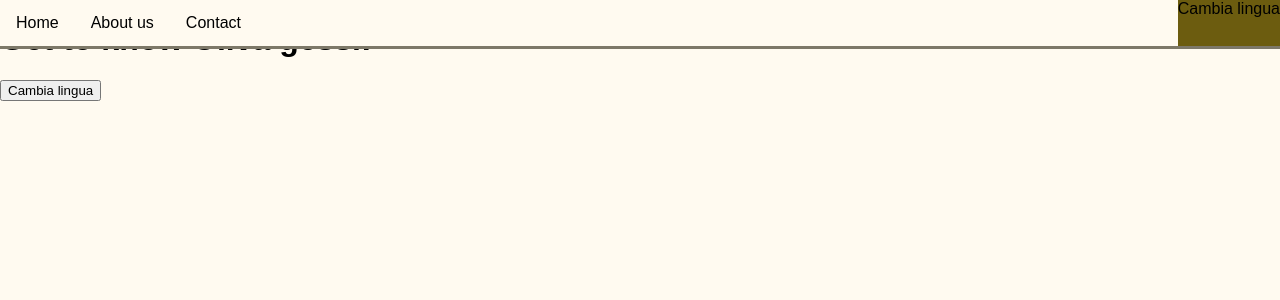
Repository: Seaside-Jokers/Oliva-gessi
Page: index.html
An editor plug-in stored every save of this project. The page is shown before and after a run of saves, followed by the edit.
The browser window is 1280 px wide. The pictures show the whole page.

Above is the page before, as saved 2026-02-16 19:23:45.

### index.html
<!DOCTYPE html>
<html lang="it">
<head>
    <meta charset="UTF-8">
    <title>Oliva gessi</title>
    <link rel="stylesheet" href="src/style.css">
</head>
<body style="">
    <nav class="navbar">
        <a class="nav-button" href="#" data-key="home">Home</a>
        <a class="nav-button" href="#" data-key="about">Chi siamo</a>
        <a class="nav-button" href="#" data-key="contact">Contatti</a>
        <a onclick="changeState()" data-key="change-language" class="change-language">
            Cambia lingua</a>
    </nav>

    <h1 data-key="titolo">Vieni a conoscere Oliva Gessi!</h1>
    <button onclick="changeState()" type="button">Cambia lingua</button>

    <!-- - - - - - - - - - - - - - - - - - - - - - - - - - - - - - - - - - - - -->
    <!--                              DO NOT TOUCH                             -->
    <!-- - - - - - - - - - - - - - - - - - - - - - - - - - - - - - - - - - - - -->
    <script src="src/database_testo.js"></script>
    <script src="src/color_scheme.js"></script>
</body>

<!-- TODO: leggi questo commento e poi eliminalo per favore: quando vuoi aggiungere un nuovo testo modificalo in src/database_testo.js -->
</html>

### src/style.css
body {
    font-family: 'Montserrat', sans-serif;
    margin: 0;
    padding: 0;
    background-color: var(--colors-background);
}
.navbar {
    display: flex;
    overflow: hidden;
    background-color: var(--colors-surface);
    outline: 3px solid var(--colors-outline);
    position: fixed;
    top: 0;
    width: 100%;
}

.change-language {
    background-color: var(--colors-primary);
    color: var(--colors-onPrimary);
    border: none;
    padding: 0px, 20px;
    cursor: pointer;
    font-size: 16px;
    margin-left: auto;
}

a.nav-button {
    color: var(--colors-onSurface);
    text-decoration: none;
    padding: 14px 16px;
    display: block;
}

/*
    Fonts: https://ctrl-z.it/9-font-architettura-tavole-portfolio https://material-f/
    Design: foundation.github.io/material-theme-builder/
    Fonts: Playfair Display (titoli), Montserrat (testo normale)
*/

### src/database_testo.js
const traduzioni = {
    "it": {
        titolo: "Vieni a conoscere Oliva gessi!",
        home: "Home",
        about: "Chi siamo",
        contact: "Contatti"
    },
    "en": {
        titolo: "Get to know Oliva gessi!",
        home: "Home",
        about: "About us",
        contact: "Contact"
    }
}



/* -------------------------------------------------------------------------- */
/*                                DO NOT TOUCH                                */
/* -------------------------------------------------------------------------- */
var state =  getDefaultLang();

function aggiornaInterfaccia() {
    const elementi = document.querySelectorAll('[data-key]');

    elementi.forEach(el => {
        const chiave = el.getAttribute('data-key');
        const testoTradotto = traduzioni[state][chiave];

        if (testoTradotto) {
            el.textContent = testoTradotto;
        }
    });
}

/* -------------------------------------------------------------------------- */
/*                            Cambiamenti di stato                            */
/* -------------------------------------------------------------------------- */
function getDefaultLang() {
    if(navigator.language.substring(0, 2) === "en")
        return "en";

    return "it";
}
function defaultState() {
    state = getDefaultLang();
    aggiornaInterfaccia();
    return true;
}
function changeStateTo(_state) {
    if(_state !== "it" && _state !== "en") {
        defaultState();
        return;
    }
    state = _state;
    aggiornaInterfaccia();
}
function changeState() {
    if(state === "it")
        changeStateTo("en");
    else
        changeStateTo("it");
}

document.addEventListener("DOMContentLoaded", aggiornaInterfaccia);

### src/color_scheme.js
const ThemeManager = (() => {
    const colorScheme = {
        "light": {
            "primary": "hsl(50, 76%, 24%)",
            "surfaceTint": "hsl(50, 76%, 24%)",
            "onPrimary": "hsl(0, 0%, 100%)",
            "primaryContainer": "hsl(48, 89%, 75%)",
            "onPrimaryContainer": "hsl(51, 100%, 16%)",
            "secondary": "hsl(47, 23%, 33%)",
            "onSecondary": "hsl(0, 0%, 100%)",
            "secondaryContainer": "hsl(46, 60%, 84%)",
            "onSecondaryContainer": "hsl(48, 30%, 24%)",
            "tertiary": "hsl(139, 21%, 33%)",
            "onTertiary": "hsl(0, 0%, 100%)",
            "tertiaryContainer": "hsl(134, 51%, 85%)",
            "onTertiaryContainer": "hsl(141, 28%, 24%)",
            "error": "hsl(0, 75%, 42%)",
            "onError": "hsl(0, 0%, 100%)",
            "errorContainer": "hsl(6, 100%, 92%)",
            "onErrorContainer": "hsl(356, 100%, 29%)",
            "background": "hsl(39, 100%, 97%)",
            "onBackground": "hsl(44, 22%, 10%)",
            "surface": "hsl(39, 100%, 97%)",
            "onSurface": "hsl(44, 22%, 10%)",
            "surfaceVariant": "hsl(42, 38%, 87%)",
            "onSurfaceVariant": "hsl(47, 14%, 26%)",
            "outline": "hsl(46, 9%, 45%)",
            "outlineVariant": "hsl(43, 20%, 75%)",
            "shadow": "hsl(0, 0%, 0%)",
            "scrim": "hsl(0, 0%, 0%)",
            "inverseSurface": "hsl(45, 13%, 18%)",
            "inverseOnSurface": "hsl(40, 57%, 93%)",
            "inversePrimary": "hsl(48, 60%, 65%)",
            "primaryFixed": "hsl(48, 89%, 75%)",
            "onPrimaryFixed": "hsl(48, 100%, 7%)",
            "primaryFixedDim": "hsl(48, 60%, 65%)",
            "onPrimaryFixedVariant": "hsl(51, 100%, 16%)",
            "secondaryFixed": "hsl(46, 60%, 84%)",
            "onSecondaryFixed": "hsl(48, 78%, 7%)",
            "secondaryFixedDim": "hsl(46, 34%, 73%)",
            "onSecondaryFixedVariant": "hsl(48, 30%, 24%)",
            "tertiaryFixed": "hsl(134, 51%, 85%)",
            "onTertiaryFixed": "hsl(147, 100%, 6%)",
            "tertiaryFixedDim": "hsl(135, 29%, 74%)",
            "onTertiaryFixedVariant": "hsl(141, 28%, 24%)",
            "surfaceDim": "hsl(39, 24%, 84%)",
            "surfaceBright": "hsl(39, 100%, 97%)",
            "surfaceContainerLowest": "hsl(0, 0%, 100%)",
            "surfaceContainerLow": "hsl(40, 68%, 94%)",
            "surfaceContainer": "hsl(40, 49%, 92%)",
            "surfaceContainerHigh": "hsl(42, 37%, 89%)",
            "surfaceContainerHighest": "hsl(42, 30%, 87%)"
        },
        "light-medium-contrast": {
            "primary": "hsl(51, 100%, 13%)",
            "surfaceTint": "hsl(50, 76%, 24%)",
            "onPrimary": "hsl(0, 0%, 100%)",
            "primaryContainer": "hsl(49, 61%, 30%)",
            "onPrimaryContainer": "hsl(0, 0%, 100%)",
            "secondary": "hsl(49, 38%, 17%)",
            "onSecondary": "hsl(0, 0%, 100%)",
            "secondaryContainer": "hsl(48, 20%, 38%)",
            "onSecondaryContainer": "hsl(0, 0%, 100%)",
            "tertiary": "hsl(143, 39%, 17%)",
            "onTertiary": "hsl(0, 0%, 100%)",
            "tertiaryContainer": "hsl(139, 18%, 39%)",
            "onTertiaryContainer": "hsl(0, 0%, 100%)",
            "error": "hsl(357, 100%, 23%)",
            "onError": "hsl(0, 0%, 100%)",
            "errorContainer": "hsl(2, 68%, 48%)",
            "onErrorContainer": "hsl(0, 0%, 100%)",
            "background": "hsl(39, 100%, 97%)",
            "onBackground": "hsl(44, 22%, 10%)",
            "surface": "hsl(39, 100%, 97%)",
            "onSurface": "hsl(48, 36%, 5%)",
            "surfaceVariant": "hsl(42, 38%, 87%)",
            "onSurfaceVariant": "hsl(46, 17%, 19%)",
            "outline": "hsl(44, 12%, 30%)",
            "outlineVariant": "hsl(45, 10%, 41%)",
            "shadow": "hsl(0, 0%, 0%)",
            "scrim": "hsl(0, 0%, 0%)",
            "inverseSurface": "hsl(45, 13%, 18%)",
            "inverseOnSurface": "hsl(40, 57%, 93%)",
            "inversePrimary": "hsl(48, 60%, 65%)",
            "primaryFixed": "hsl(49, 61%, 30%)",
            "onPrimaryFixed": "hsl(0, 0%, 100%)",
            "primaryFixedDim": "hsl(51, 94%, 20%)",
            "onPrimaryFixedVariant": "hsl(0, 0%, 100%)",
            "secondaryFixed": "hsl(48, 20%, 38%)",
            "onSecondaryFixed": "hsl(0, 0%, 100%)",
            "secondaryFixedDim": "hsl(49, 25%, 29%)",
            "onSecondaryFixedVariant": "hsl(0, 0%, 100%)",
            "tertiaryFixed": "hsl(139, 18%, 39%)",
            "onTertiaryFixed": "hsl(0, 0%, 100%)",
            "tertiaryFixedDim": "hsl(139, 23%, 29%)",
            "onTertiaryFixedVariant": "hsl(0, 0%, 100%)",
            "surfaceDim": "hsl(41, 16%, 76%)",
            "surfaceBright": "hsl(39, 100%, 97%)",
            "surfaceContainerLowest": "hsl(0, 0%, 100%)",
            "surfaceContainerLow": "hsl(40, 68%, 94%)",
            "surfaceContainer": "hsl(42, 37%, 89%)",
            "surfaceContainerHigh": "hsl(39, 26%, 85%)",
            "surfaceContainerHighest": "hsl(41, 19%, 81%)"
        },
        "light-high-contrast": {
            "primary": "hsl(50, 100%, 10%)",
            "surfaceTint": "hsl(50, 76%, 24%)",
            "onPrimary": "hsl(0, 0%, 100%)",
            "primaryContainer": "hsl(50, 100%, 17%)",
            "onPrimaryContainer": "hsl(0, 0%, 100%)",
            "secondary": "hsl(49, 47%, 13%)",
            "onSecondary": "hsl(0, 0%, 100%)",
            "secondaryContainer": "hsl(48, 28%, 25%)",
            "onSecondaryContainer": "hsl(0, 0%, 100%)",
            "tertiary": "hsl(146, 52%, 13%)",
            "onTertiary": "hsl(0, 0%, 100%)",
            "tertiaryContainer": "hsl(141, 27%, 25%)",
            "onTertiaryContainer": "hsl(0, 0%, 100%)",
            "error": "hsl(357, 100%, 19%)",
            "onError": "hsl(0, 0%, 100%)",
            "errorContainer": "hsl(356, 100%, 30%)",
            "onErrorContainer": "hsl(0, 0%, 100%)",
            "background": "hsl(39, 100%, 97%)",
            "onBackground": "hsl(44, 22%, 10%)",
            "surface": "hsl(39, 100%, 97%)",
            "onSurface": "hsl(0, 0%, 0%)",
            "surfaceVariant": "hsl(42, 38%, 87%)",
            "onSurfaceVariant": "hsl(0, 0%, 0%)",
            "outline": "hsl(48, 19%, 15%)",
            "outlineVariant": "hsl(47, 13%, 27%)",
            "shadow": "hsl(0, 0%, 0%)",
            "scrim": "hsl(0, 0%, 0%)",
            "inverseSurface": "hsl(45, 13%, 18%)",
            "inverseOnSurface": "hsl(0, 0%, 100%)",
            "inversePrimary": "hsl(48, 60%, 65%)",
            "primaryFixed": "hsl(50, 100%, 17%)",
            "onPrimaryFixed": "hsl(0, 0%, 100%)",
            "primaryFixedDim": "hsl(50, 100%, 12%)",
            "onPrimaryFixedVariant": "hsl(0, 0%, 100%)",
            "secondaryFixed": "hsl(48, 28%, 25%)",
            "onSecondaryFixed": "hsl(0, 0%, 100%)",
            "secondaryFixedDim": "hsl(49, 41%, 16%)",
            "onSecondaryFixedVariant": "hsl(0, 0%, 100%)",
            "tertiaryFixed": "hsl(141, 27%, 25%)",
            "onTertiaryFixed": "hsl(0, 0%, 100%)",
            "tertiaryFixedDim": "hsl(145, 43%, 16%)",
            "onTertiaryFixedVariant": "hsl(0, 0%, 100%)",
            "surfaceDim": "hsl(41, 13%, 71%)",
            "surfaceBright": "hsl(39, 100%, 97%)",
            "surfaceContainerLowest": "hsl(0, 0%, 100%)",
            "surfaceContainerLow": "hsl(40, 57%, 93%)",
            "surfaceContainer": "hsl(42, 30%, 87%)",
            "surfaceContainerHigh": "hsl(42, 21%, 82%)",
            "surfaceContainerHighest": "hsl(41, 16%, 76%)"
        },
        "dark": {
            "primary": "hsl(48, 60%, 65%)",
            "surfaceTint": "hsl(48, 60%, 65%)",
            "onPrimary": "hsl(50, 100%, 11%)",
            "primaryContainer": "hsl(51, 100%, 16%)",
            "onPrimaryContainer": "hsl(48, 89%, 75%)",
            "secondary": "hsl(46, 34%, 73%)",
            "onSecondary": "hsl(49, 42%, 15%)",
            "secondaryContainer": "hsl(48, 30%, 24%)",
            "onSecondaryContainer": "hsl(46, 60%, 84%)",
            "tertiary": "hsl(135, 29%, 74%)",
            "onTertiary": "hsl(146, 47%, 15%)",
            "tertiaryContainer": "hsl(141, 28%, 24%)",
            "onTertiaryContainer": "hsl(134, 51%, 85%)",
            "error": "hsl(6, 100%, 84%)",
            "onError": "hsl(357, 100%, 21%)",
            "errorContainer": "hsl(356, 100%, 29%)",
            "onErrorContainer": "hsl(6, 100%, 92%)",
            "background": "hsl(48, 31%, 6%)",
            "onBackground": "hsl(42, 30%, 87%)",
            "surface": "hsl(48, 31%, 6%)",
            "onSurface": "hsl(42, 30%, 87%)",
            "surfaceVariant": "hsl(47, 14%, 26%)",
            "onSurfaceVariant": "hsl(43, 20%, 75%)",
            "outline": "hsl(44, 9%, 55%)",
            "outlineVariant": "hsl(47, 14%, 26%)",
            "shadow": "hsl(0, 0%, 0%)",
            "scrim": "hsl(0, 0%, 0%)",
            "inverseSurface": "hsl(42, 30%, 87%)",
            "inverseOnSurface": "hsl(45, 13%, 18%)",
            "inversePrimary": "hsl(50, 76%, 24%)",
            "primaryFixed": "hsl(48, 89%, 75%)",
            "onPrimaryFixed": "hsl(48, 100%, 7%)",
            "primaryFixedDim": "hsl(48, 60%, 65%)",
            "onPrimaryFixedVariant": "hsl(51, 100%, 16%)",
            "secondaryFixed": "hsl(46, 60%, 84%)",
            "onSecondaryFixed": "hsl(48, 78%, 7%)",
            "secondaryFixedDim": "hsl(46, 34%, 73%)",
            "onSecondaryFixedVariant": "hsl(48, 30%, 24%)",
            "tertiaryFixed": "hsl(134, 51%, 85%)",
            "onTertiaryFixed": "hsl(147, 100%, 6%)",
            "tertiaryFixedDim": "hsl(135, 29%, 74%)",
            "onTertiaryFixedVariant": "hsl(141, 28%, 24%)",
            "surfaceDim": "hsl(48, 31%, 6%)",
            "surfaceBright": "hsl(45, 11%, 21%)",
            "surfaceContainerLowest": "hsl(47, 39%, 5%)",
            "surfaceContainerLow": "hsl(44, 22%, 10%)",
            "surfaceContainer": "hsl(49, 19%, 11%)",
            "surfaceContainerHigh": "hsl(45, 15%, 15%)",
            "surfaceContainerHighest": "hsl(46, 13%, 19%)"
        },
        "dark-medium-contrast": {
            "primary": "hsl(48, 81%, 73%)",
            "surfaceTint": "hsl(48, 60%, 65%)",
            "onPrimary": "hsl(49, 100%, 9%)",
            "primaryContainer": "hsl(49, 44%, 44%)",
            "onPrimaryContainer": "hsl(0, 0%, 0%)",
            "secondary": "hsl(46, 52%, 81%)",
            "onSecondary": "hsl(48, 56%, 11%)",
            "secondaryContainer": "hsl(47, 18%, 52%)",
            "onSecondaryContainer": "hsl(0, 0%, 0%)",
            "tertiary": "hsl(134, 44%, 83%)",
            "onTertiary": "hsl(147, 69%, 10%)",
            "tertiaryContainer": "hsl(137, 15%, 53%)",
            "onTertiaryContainer": "hsl(0, 0%, 0%)",
            "error": "hsl(7, 100%, 90%)",
            "onError": "hsl(358, 100%, 16%)",
            "errorContainer": "hsl(4, 100%, 64%)",
            "onErrorContainer": "hsl(0, 0%, 0%)",
            "background": "hsl(48, 31%, 6%)",
            "onBackground": "hsl(42, 30%, 87%)",
            "surface": "hsl(48, 31%, 6%)",
            "onSurface": "hsl(0, 0%, 100%)",
            "surfaceVariant": "hsl(47, 14%, 26%)",
            "onSurfaceVariant": "hsl(43, 31%, 84%)",
            "outline": "hsl(42, 14%, 67%)",
            "outlineVariant": "hsl(44, 9%, 55%)",
            "shadow": "hsl(0, 0%, 0%)",
            "scrim": "hsl(0, 0%, 0%)",
            "inverseSurface": "hsl(42, 30%, 87%)",
            "inverseOnSurface": "hsl(45, 15%, 15%)",
            "inversePrimary": "hsl(50, 100%, 17%)",
            "primaryFixed": "hsl(48, 89%, 75%)",
            "onPrimaryFixed": "hsl(46, 100%, 4%)",
            "primaryFixedDim": "hsl(48, 60%, 65%)",
            "onPrimaryFixedVariant": "hsl(51, 100%, 13%)",
            "secondaryFixed": "hsl(46, 60%, 84%)",
            "onSecondaryFixed": "hsl(46, 100%, 4%)",
            "secondaryFixedDim": "hsl(46, 34%, 73%)",
            "onSecondaryFixedVariant": "hsl(49, 38%, 17%)",
            "tertiaryFixed": "hsl(134, 51%, 85%)",
            "onTertiaryFixed": "hsl(143, 100%, 4%)",
            "tertiaryFixedDim": "hsl(135, 29%, 74%)",
            "onTertiaryFixedVariant": "hsl(143, 39%, 17%)",
            "surfaceDim": "hsl(48, 31%, 6%)",
            "surfaceBright": "hsl(43, 11%, 25%)",
            "surfaceContainerLowest": "hsl(40, 50%, 2%)",
            "surfaceContainerLow": "hsl(44, 21%, 10%)",
            "surfaceContainer": "hsl(49, 15%, 14%)",
            "surfaceContainerHigh": "hsl(45, 13%, 18%)",
            "surfaceContainerHighest": "hsl(42, 11%, 23%)"
        },
        "dark-high-contrast": {
            "primary": "hsl(47, 100%, 86%)",
            "surfaceTint": "hsl(48, 60%, 65%)",
            "onPrimary": "hsl(0, 0%, 0%)",
            "primaryContainer": "hsl(48, 57%, 63%)",
            "onPrimaryContainer": "hsl(44, 100%, 3%)",
            "secondary": "hsl(46, 89%, 89%)",
            "onSecondary": "hsl(0, 0%, 0%)",
            "secondaryContainer": "hsl(46, 32%, 71%)",
            "onSecondaryContainer": "hsl(44, 100%, 3%)",
            "tertiary": "hsl(134, 80%, 90%)",
            "onTertiary": "hsl(0, 0%, 0%)",
            "tertiaryContainer": "hsl(135, 28%, 72%)",
            "onTertiaryContainer": "hsl(140, 100%, 3%)",
            "error": "hsl(8, 100%, 96%)",
            "onError": "hsl(0, 0%, 0%)",
            "errorContainer": "hsl(7, 100%, 82%)",
            "onErrorContainer": "hsl(358, 100%, 7%)",
            "background": "hsl(48, 31%, 6%)",
            "onBackground": "hsl(42, 30%, 87%)",
            "surface": "hsl(48, 31%, 6%)",
            "onSurface": "hsl(0, 0%, 100%)",
            "surfaceVariant": "hsl(47, 14%, 26%)",
            "onSurfaceVariant": "hsl(0, 0%, 100%)",
            "outline": "hsl(42, 62%, 92%)",
            "outlineVariant": "hsl(42, 18%, 74%)",
            "shadow": "hsl(0, 0%, 0%)",
            "scrim": "hsl(0, 0%, 0%)",
            "inverseSurface": "hsl(42, 30%, 87%)",
            "inverseOnSurface": "hsl(0, 0%, 0%)",
            "inversePrimary": "hsl(50, 100%, 17%)",
            "primaryFixed": "hsl(48, 89%, 75%)",
            "onPrimaryFixed": "hsl(0, 0%, 0%)",
            "primaryFixedDim": "hsl(48, 60%, 65%)",
            "onPrimaryFixedVariant": "hsl(46, 100%, 4%)",
            "secondaryFixed": "hsl(46, 60%, 84%)",
            "onSecondaryFixed": "hsl(0, 0%, 0%)",
            "secondaryFixedDim": "hsl(46, 34%, 73%)",
            "onSecondaryFixedVariant": "hsl(46, 100%, 4%)",
            "tertiaryFixed": "hsl(134, 51%, 85%)",
            "onTertiaryFixed": "hsl(0, 0%, 0%)",
            "tertiaryFixedDim": "hsl(135, 29%, 74%)",
            "onTertiaryFixedVariant": "hsl(143, 100%, 4%)",
            "surfaceDim": "hsl(48, 31%, 6%)",
            "surfaceBright": "hsl(46, 8%, 30%)",
            "surfaceContainerLowest": "hsl(0, 0%, 0%)",
            "surfaceContainerLow": "hsl(49, 19%, 11%)",
            "surfaceContainer": "hsl(45, 13%, 18%)",
            "surfaceContainerHigh": "hsl(45, 11%, 22%)",
            "surfaceContainerHighest": "hsl(46, 10%, 26%)"
        }
    };

    let currentColorScheme = null;
    const STORAGE_KEY = 'user-color-scheme';
    const listeners = [];

    /**
     * Estrae il livello di contrasto dallo schema corrente
     * @param {string} scheme - Nome dello schema (es. 'dark-high-contrast')
     * @returns {string} Il livello di contrasto ('', 'medium-contrast', 'high-contrast')
     */
    function getContrastLevel(scheme) {
        if (scheme.includes('high-contrast')) return 'high-contrast';
        if (scheme.includes('medium-contrast')) return 'medium-contrast';
        return '';
    }

    /**
     * Ottiene lo schema colore preferito dal sistema operativo
     * @returns {string} 'dark' o 'light'
     */
    function getBrowserColorScheme() {
        if (window.matchMedia?.('(prefers-color-scheme: dark)').matches) {
            return 'dark';
        }
        return 'light';
    }

    /**
     * Aggiorna le variabili CSS con i colori dello schema corrente
     */
    function updateThemeColors() {
        const colors = colorScheme[currentColorScheme];
        if (!colors) {
            console.error(`Impossibile trovare i colori per lo schema: ${currentColorScheme}`);
            return;
        }

        const root = document.documentElement;

        // Applica ogni colore come variabile CSS
        for (const [key, value] of Object.entries(colors)) {
            const cssVarName = key.replace(/([A-Z])/g, '-$1').toLowerCase();
            root.style.setProperty(`--colors-${cssVarName}`, value);
        }

        // Notifica i listener del cambio tema
        notifyListeners(currentColorScheme);
    }

    /**
     * Cambia lo schema colore
     * @param {string} scheme - Nome dello schema da applicare
     * @returns {boolean} True se il cambio è avvenuto con successo
     */
    function changeColorScheme(scheme) {
        if (!colorScheme[scheme]) {
            console.error(`Schema colore non valido: ${scheme}`);
            return false;
        }

        currentColorScheme = scheme;
        updateThemeColors();

        // Salva la preferenza in localStorage
        try {
            localStorage.setItem(STORAGE_KEY, scheme);
        } catch (e) {
            console.warn('Impossibile salvare le preferenze tema:', e);
        }

        return true;
    }

    /**
     * Alterna tra modalità chiara e scura mantenendo il livello di contrasto
     */
    function toggleLightDark() {
        const isDark = currentColorScheme.startsWith('dark');
        const contrastLevel = getContrastLevel(currentColorScheme);

        const newScheme = isDark
            ? (contrastLevel ? `light-${contrastLevel}` : 'light')
            : (contrastLevel ? `dark-${contrastLevel}` : 'dark');

        changeColorScheme(newScheme);
    }

    /**
     * Imposta lo schema colore con livello di contrasto opzionale
     * @param {string} scheme - 'light' o 'dark'
     * @param {string} contrastLevel - '', 'medium-contrast' o 'high-contrast'
     */
    function setColorScheme(scheme, contrastLevel = '') {
        const fullScheme = contrastLevel ? `${scheme}-${contrastLevel}` : scheme;
        changeColorScheme(fullScheme);
    }

    /**
     * Registra un listener per i cambiamenti di tema
     * @param {Function} callback - Funzione chiamata quando il tema cambia
     * @returns {Function} Funzione per rimuovere il listener
     */
    function addThemeChangeListener(callback) {
        if (typeof callback !== 'function') {
            console.error('Il listener deve essere una funzione');
            return () => {};
        }

        listeners.push(callback);

        // Restituisce funzione per rimuovere il listener
        return () => {
            const index = listeners.indexOf(callback);
            if (index > -1) {
                listeners.splice(index, 1);
            }
        };
    }

    /**
     * Notifica tutti i listener del cambio tema
     * @param {string} newScheme - Il nuovo schema applicato
     */
    function notifyListeners(newScheme) {
        listeners.forEach(callback => {
            try {
                callback(newScheme);
            } catch (e) {
                console.error('Errore nel listener del tema:', e);
            }
        });
    }

    /**
     * Resetta le preferenze salvate e torna allo schema di sistema
     */
    function resetToSystemPreference() {
        try {
            localStorage.removeItem(STORAGE_KEY);
        } catch (e) {
            console.warn('Impossibile rimuovere le preferenze salvate:', e);
        }

        const systemScheme = getBrowserColorScheme();
        changeColorScheme(systemScheme);
    }

    /**
     * Ottiene tutti gli schemi disponibili
     * @returns {string[]} Array con i nomi di tutti gli schemi disponibili
     */
    function getAvailableSchemes() {
        return Object.keys(colorScheme);
    }

    /**
     * Verifica se lo schema corrente è scuro
     * @returns {boolean} True se il tema corrente è scuro
     */
    function isDarkMode() {
        return currentColorScheme?.startsWith('dark') ?? false;
    }

    /**
     * Inizializza il sistema di gestione temi
     */
    function init() {
        // 1. Cerca una preferenza salvata
        let savedScheme = null;
        try {
            savedScheme = localStorage.getItem(STORAGE_KEY);
        } catch (e) {
            console.warn('Impossibile leggere le preferenze tema:', e);
        }

        // 2. Usa quella salvata se valida, altrimenti usa quella del sistema
        const initialScheme = savedScheme && colorScheme[savedScheme]
            ? savedScheme
            : getBrowserColorScheme();

        changeColorScheme(initialScheme);

        // 3. Ascolta i cambiamenti di preferenza di sistema
        const mediaQuery = window.matchMedia?.('(prefers-color-scheme: dark)');
        if (mediaQuery) {
            mediaQuery.addEventListener('change', (e) => {
                // Aggiorna solo se non c'è una preferenza salvata dall'utente
                try {
                    const hasSavedPreference = localStorage.getItem(STORAGE_KEY);
                    if (!hasSavedPreference) {
                        const systemScheme = e.matches ? 'dark' : 'light';
                        const contrastLevel = getContrastLevel(currentColorScheme);
                        setColorScheme(systemScheme, contrastLevel);
                    }
                } catch (err) {
                    console.warn('Errore nella gestione del cambio tema di sistema:', err);
                }
            });
        }
    }

    // Espone l'API pubblica
    return {
        init,
        changeColorScheme,
        toggleLightDark,
        setColorScheme,
        getCurrentScheme: () => currentColorScheme,
        getAvailableSchemes,
        isDarkMode,
        addThemeChangeListener,
        resetToSystemPreference
    };
})();

// Inizializza automaticamente quando il DOM è pronto
if (document.readyState === 'loading') {
    document.addEventListener('DOMContentLoaded', ThemeManager.init);
} else {
    ThemeManager.init();
}

After the next 2 saves:
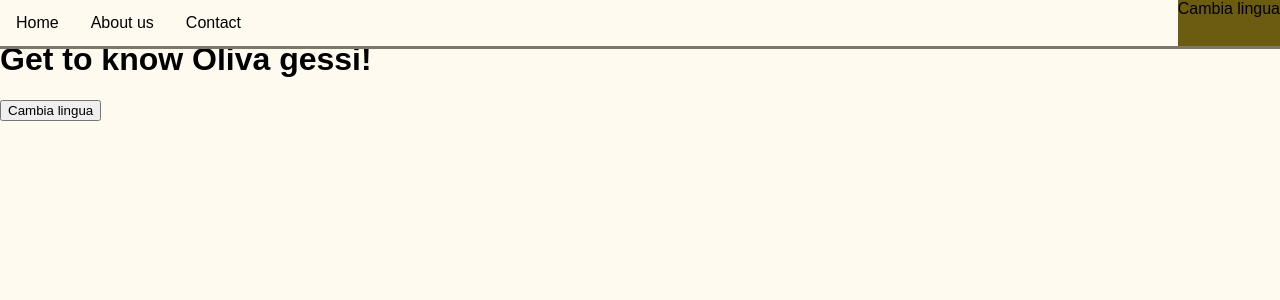
The 2 saves are shown as one change because they came seconds apart.
The last was saved 8 s later.
--- a/index.html
+++ b/index.html
@@ -5,7 +5,7 @@
     <title>Oliva gessi</title>
     <link rel="stylesheet" href="src/style.css">
 </head>
-<body style="">
+<body style="padding-top:20px">
     <nav class="navbar">
         <a class="nav-button" href="#" data-key="home">Home</a>
         <a class="nav-button" href="#" data-key="about">Chi siamo</a>

After the save that followed:
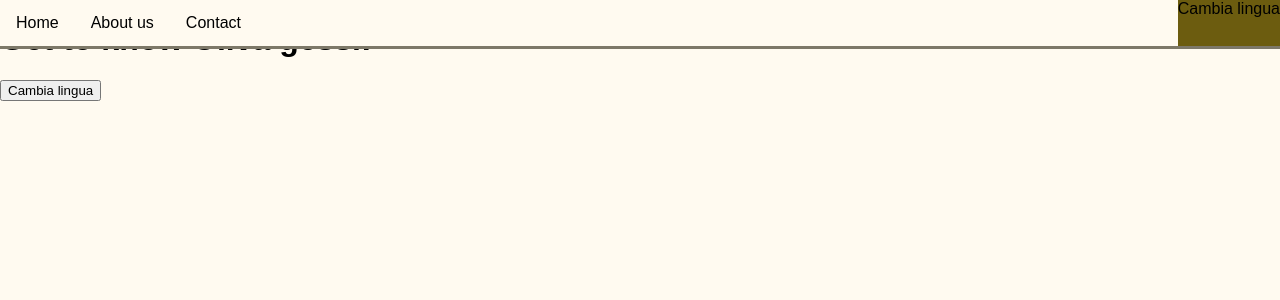
Saved 9 s later.
--- a/index.html
+++ b/index.html
@@ -5,7 +5,7 @@
     <title>Oliva gessi</title>
     <link rel="stylesheet" href="src/style.css">
 </head>
-<body style="padding-top:20px">
+<body>
     <nav class="navbar">
         <a class="nav-button" href="#" data-key="home">Home</a>
         <a class="nav-button" href="#" data-key="about">Chi siamo</a>
